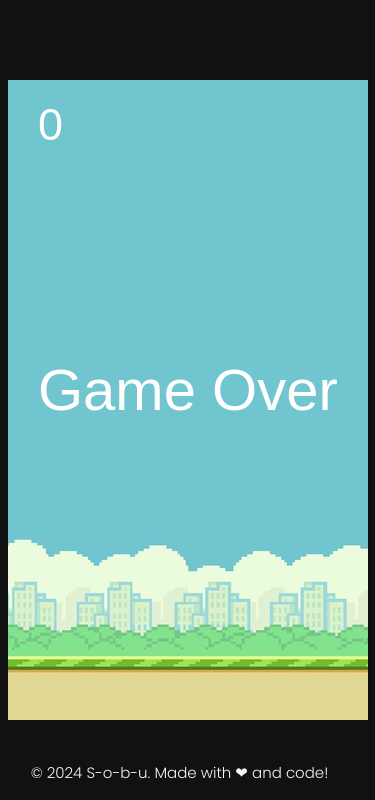
Repository: S-o-b-u/Flappy-Bird
Page: index.html
The author's editor kept a copy of each file at every save. The page is drawn from the files as they stood at one save, then again after the next save.
The browser window is 375 px wide. The pictures show the whole page.

Above is the page before, as saved 2024-09-29 23:59:50.

After the next save:
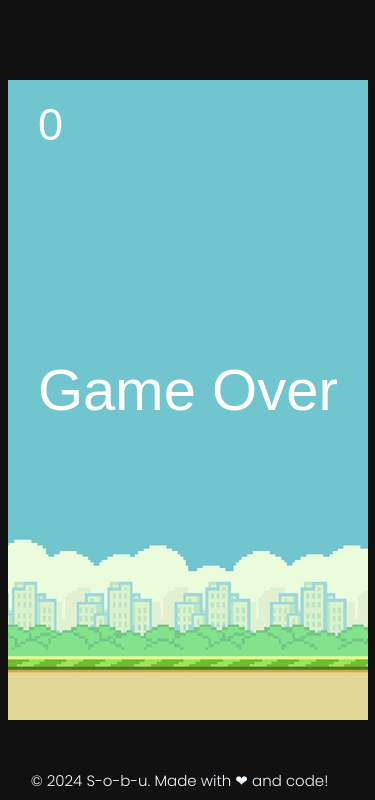
Saved 71 s later.
--- a/style.css
+++ b/style.css
@@ -113,7 +113,7 @@
 @media screen and (max-width: 479px) {
   h4 {
     margin-bottom: 0;
-    bottom: 2vh;
+    bottom: 1vh;
     left: -8px;
     font-size: 4vw;
     width: 100%;

After the 4 saves that followed:
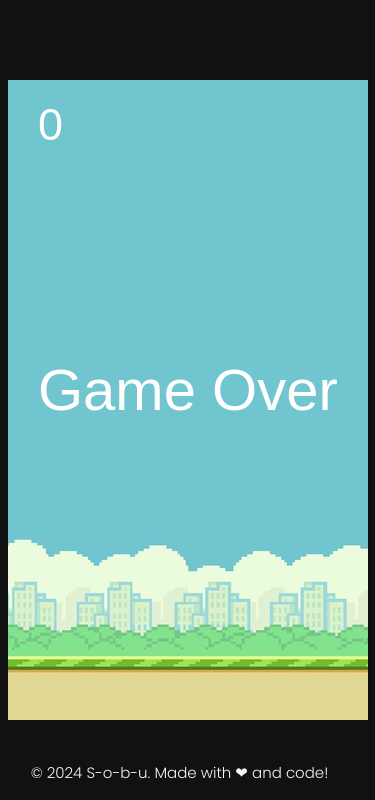
The 4 saves are shown as one change because they came seconds apart.
The last was saved 10 s later.
--- a/style.css
+++ b/style.css
@@ -113,7 +113,7 @@
 @media screen and (max-width: 479px) {
   h4 {
     margin-bottom: 0;
-    bottom: 1vh;
+    bottom: 2vh;
     left: -8px;
     font-size: 4vw;
     width: 100%;
